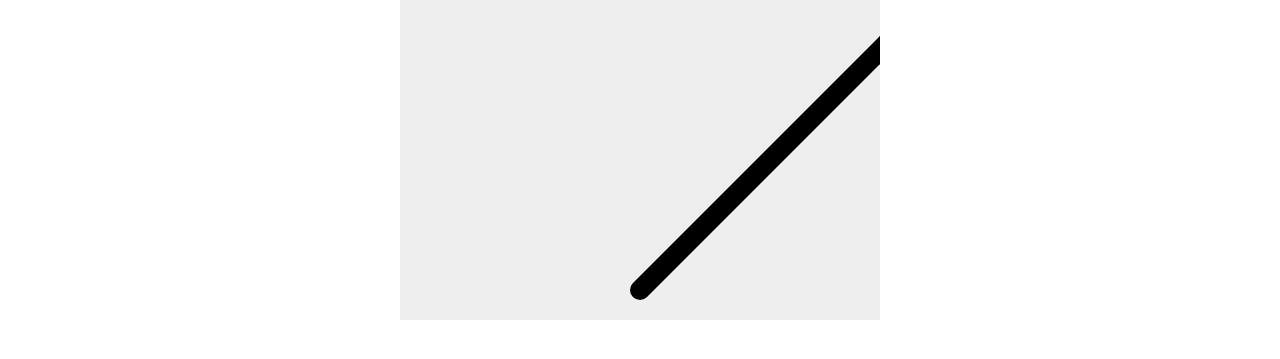
Repository: GoodHoneyCake/2D_breakout_game
Page: index.html
The author's editor kept a copy of each file at every save. The page is drawn from the files as they stood at one save, then again after a run of saves.
The browser window is 1280 px wide. The pictures show the whole page.

Above is the page before, as saved 2020-12-26 16:40:47.

After the next 2 saves:
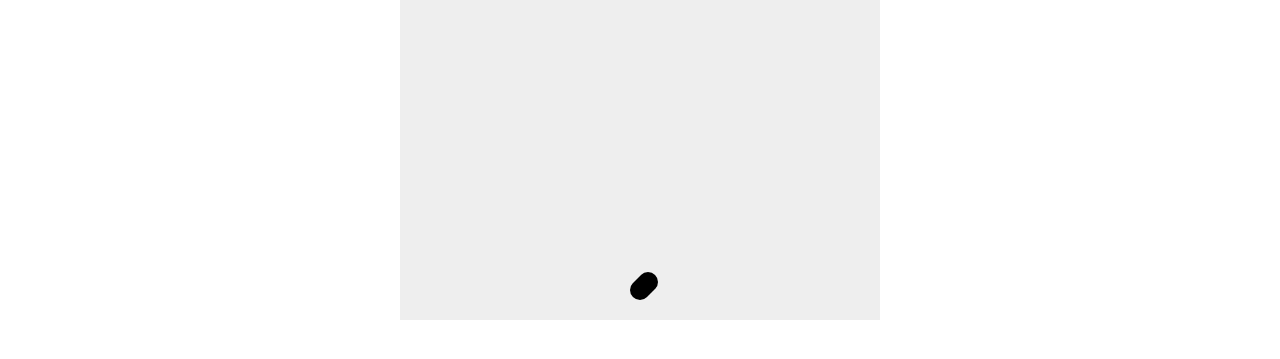
The 2 saves are shown as one change because they came seconds apart.
The last was saved 13 s later.
--- a/main.js
+++ b/main.js
@@ -16,4 +16,4 @@
   x += dx;
   y += dy;
 }
-setInterval(draw, 10);
+setInterval(draw, 1000);
